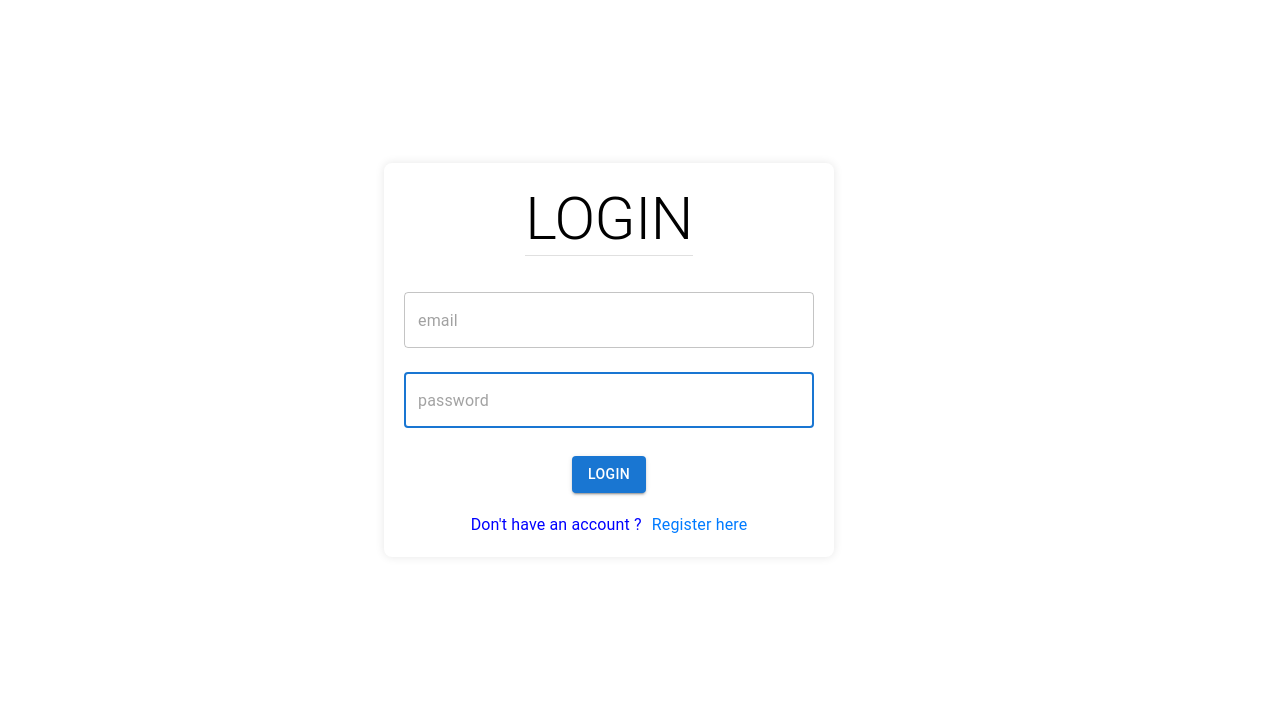
Repository: Adrien-legeleu/app-recette-mongoDB
Page: / (app in frontend/)
These files come from the project's save history. The page is drawn as it stood at one moment and after the next save; the edit follows.
The browser window is 1280 px wide. The pictures show the whole page.
The page's requests for data from a server got no answer. The project was rebuilt for these pictures with package versions that can differ from the ones it lists, and the page was loaded fresh each time. No one was signed in, and anything a server would have sent is missing. Also part of the build but not shown: frontend/vite.config.ts, frontend/src/components/Recette/ModalRecipe.tsx, frontend/src/components/Auth/RegisterForm.tsx.

Above is the page before, as saved 2024-04-21 13:00:29.

### frontend/src/App.tsx
import { BrowserRouter } from "react-router-dom"
import { UserContextProvider } from "./contexts/userContext"
import { AppRoutes } from "./routes/AppRoutes"



function App(){
    return(
        <BrowserRouter>
        <UserContextProvider>
            <AppRoutes/>
        </UserContextProvider>
        </BrowserRouter>
    )
}

export default App

### frontend/src/index.css
:root {
  font-family: Inter, system-ui, Avenir, Helvetica, Arial, sans-serif;
  line-height: 1.5;
  font-weight: 400;
  font-synthesis: none;
  text-rendering: optimizeLegibility;
  -webkit-font-smoothing: antialiased;
  -moz-osx-font-smoothing: grayscale;
}

a {
  text-decoration: inherit;
}

*{
  margin: 0;
  padding: 0;
}
@tailwind base;
@tailwind components;
@tailwind utilities;

### frontend/src/contexts/userContext.tsx
import {
  createContext,
  useContext,
  useState,
  ReactNode,
  useEffect,
  useCallback,
} from "react";
import { api } from "../config/api";
import { toast } from "react-toastify";

export interface ISignInFormValues {
  email: string;
  password: string;
}

export const UserContext = createContext({
  isAuthenticated: false,
  onLogin: async (values: ISignInFormValues) => {},
  onRegister: async (values: ISignInFormValues) => {},
  onLogout: () => {},
});

export const UserContextProvider = ({ children }: { children: ReactNode }) => {
    const [user , setUser ] = useState(null)
  const [isAuthenticated, setIsAuthenticated] = useState(false);

  const onLogout = useCallback(()=>{
    localStorage.removeItem("authtoken");
    setUser(null)
    setIsAuthenticated(false);
    toast.success("You are now logged out !")
  },[])

  const onLogin = async (values: ISignInFormValues) => {
    try {
      const response = await api.post("/auth/login", values);
      localStorage.setItem("authtoken", response?.data?.authToken);
      setIsAuthenticated(true);
      console.log("login");

      toast.success("Your are Loggind in !");
    } catch (error: any) {
      toast.error(error?.response?.data?.error || "");
    }
  };
  const onRegister = async (values: ISignInFormValues) => {
    try {
      const response = await api.post("/auth/register", values);
      localStorage.setItem("authtoken", response?.data?.authToken);
      console.log("login");
      setIsAuthenticated(true);
      toast.success("Account created!");
    } catch (error: any) {
      toast.error(error?.response?.data?.error || "");
    }
  };

  const onUpdateUser= (updateUser : any)=>{
    if (!updateUser) {
        setUser(null)
        setIsAuthenticated(false)
        return
    }
    setUser(updateUser)
    setIsAuthenticated(true)
  }
  const checkToken = async () => {
    try {
      const response = await api.get("/auth/check-token");
      const user = response?.data;
      onUpdateUser(user)
    } catch (error: any) {
        onLogout()
      toast.error(error?.response?.data?.error || "");
    }
  };

  useEffect(() => {
    const authToken = localStorage.getItem("authtoken");
    checkToken();
    if (authToken) {
      setIsAuthenticated(true);
    }
  }, []);

  return (
    <UserContext.Provider
      value={{ isAuthenticated, onLogin, onRegister, onLogout }}
    >
      {children}
    </UserContext.Provider>
  );
};
export const useUserContext = () => {
  return useContext(UserContext);
};

### frontend/src/routes/AppRoutes.tsx
import {  Route, Routes } from "react-router-dom"
import { useUserContext } from "../contexts/userContext"
import { Home } from "../pages/Home"
import { AuthPage } from "../pages/Auth"

export const AppRoutes=()=>{
    const {isAuthenticated} = useUserContext()

    return isAuthenticated ? (
        <div>
            <Routes>
                <Route path="/" element={<Home/>}/>
            </Routes>
        </div>
    ) : (
        <Routes>
                <Route path="*" element={<AuthPage/>}/>
            </Routes>
    )
}

### frontend/src/config/api.ts
import axios from "axios";

const isDev = true;
const devUrl = "http://localhost:5000";

export const api = axios.create({
  baseURL: isDev ? devUrl : "prodUrl",
});

api.interceptors.request.use(
  (config) => {
    const authToken = localStorage.getItem("authtoken");
    if (authToken) {
      config.headers.Authorization = ` Bearer ${authToken}`;
    }
    return config;
  },
  (error) => {
    Promise.reject(error);
  }
);

### frontend/src/pages/Auth/index.tsx
export * from "./Auth"

### frontend/src/pages/Auth/Auth.tsx
import { Button, Divider, Stack, Typography, colors, styled } from "@mui/material";
import { LoginForm , RegisterForm } from "../../components/Auth";

import { useState } from "react";
import { ISignInFormValues, useUserContext } from "../../contexts/userContext";
import { toast } from "react-toastify";

export const AuthPage = () => {
  const [isLogin, setIsLogin] = useState(true);
  const { onLogin  } = useUserContext()
  const { onRegister } = useUserContext()

  const onChangeAuthType = () => {
    setIsLogin(!isLogin);
  };
  const onSubmit= async (event: React.FormEvent<HTMLFormElement> )=>{
    try {
        event.preventDefault()

        const data = new FormData(event.currentTarget)
        const values={
          email : data.get("email"),
          password : data.get("password"),
          username: data.get("username")
        }
        if (isLogin) {
          onLogin(values as ISignInFormValues)
        }else{
          onRegister(values as ISignInFormValues)
        }

    } catch (error:any) {
        console.log(error?.response?.data?.error || '');
            toast.error(error?.response?.data?.error || '')
    }
  }

  return (
    <AuthWrapper>
      <AuthForm onSubmit={onSubmit}>
        <Stack>
          <Typography variant="h2" textAlign="center">
            {isLogin ? "LOGIN" : "REGISTER"}
          </Typography>
          <Divider sx={{width: '100%'}}/>
        </Stack>
        {isLogin ? <LoginForm /> : <RegisterForm/>}
        <Button variant="contained" type="submit">{isLogin ? "Login" : "Register"}</Button>
        <FooterText variant="body1">
          {isLogin ? "Don't have an account ? " : "Have an account ? "}
          <ChangeAuthFormText variant="body1" onClick={onChangeAuthType}>
            {isLogin ? "Register here" : "Login here"}
          </ChangeAuthFormText>
        </FooterText>
      </AuthForm>
    </AuthWrapper>
  );
};

const AuthWrapper = styled(Stack)(({ theme }) => ({
  padding: "0 30%",
  justifyContent: "center",
  minHeight: "100vh",
  [theme.breakpoints.down("md")]: {
    padding: "0 20%",
  },
  [theme.breakpoints.down("sm")]: {
    padding: "0 10%",
  },
}));
const AuthForm = styled("form")(() => ({
      padding: 20,
    display: 'flex',
    flexDirection: 'column',
    alignItems: 'center',
    rowGap: 20,
    boxSizing: 'border-box',
    maxWidth: 450,
    backgroundColor: '#fff',
    borderRadius: 8,
    boxShadow: '0 0 10px 0 rgba(0, 0, 0, 0.1)',
}));
const ChangeAuthFormText = styled(Typography)(() => ({
 color: '#007bff',
    cursor: 'pointer',
    transition: 'color 0.5s ease-in-out',
    '&:hover': {
        color: '#0069d9'
    }
}));
const FooterText = styled(Typography)(() => ({
  color: "blue",
  display: "flex",
  alignItems: "center",
  justifyContent: "center",
  columnGap: 10,
}));

### frontend/src/components/Auth/index.tsx
export * from './LoginForm'
export * from './RegisterForm'

### frontend/src/components/Auth/LoginForm.tsx
import { FormControl, TextField } from "@mui/material"


export const LoginForm = ()=>{
    return (
        <FormControl defaultValue="" required fullWidth>
            <TextField type="email" margin="normal" required fullWidth id=" email" aria-label="email" name="email" autoComplete="email" autoFocus placeholder="email"/>
            <TextField margin="normal" required fullWidth id=" password" aria-label="password" name="password"  type="password" autoComplete="password" autoFocus placeholder="password"/>
        </FormControl>
)}

### frontend/src/pages/Home/Home.tsx
import { useState } from "react"
import { Header } from "../../components/Header"
import { InterfaceRecipe, ModalRecipe } from "../../components/Recette"

export const Home=()=>{
    const [isModalOpen , setIsOpenModal] = useState(false)




    return(
        <div className="h-screen w-full">
            <Header/>
            <InterfaceRecipe setIsOpenModal={setIsOpenModal}/>
            {isModalOpen && <ModalRecipe setIsOpenModal={setIsOpenModal} />}
        </div>
    )
}

### frontend/src/components/Recette/index.tsx
export * from './InterfaceRecipe'
export * from './ModalRecipe'

### frontend/src/components/Header/Header.tsx
import LogoutIcon from '@mui/icons-material/Logout';
import { useUserContext } from '../../contexts/userContext';
export const Header=()=>{
    const {onLogout} = useUserContext()
    return(
        <div className="w-full h-16 bg-blue-800 flex items-center justify-between pr-4 pl-4">
            <h1 className='text-4xl text-white text-center'>APP RECETTE</h1>
            <div onClick={onLogout}>
                <LogoutIcon sx={{ color:"white"}}/>
            </div>
        </div>
    )
}

### frontend/src/components/Recette/InterfaceRecipe.tsx
import { useEffect, useState } from "react";
import { api } from "../../config/api";

export const InterfaceRecipe = ({ setIsOpenModal }: any) => {
    const openModal = () => setIsOpenModal(true);

    const [allRecipes, setAllRecipes] = useState([]);

    useEffect(() => {
        const fetchRecipes = async () => {
            try {
                const response = await api.get("/recipes");
                setAllRecipes(response.data);
            } catch (error) {
                console.error("Error fetching recipes:", error);
            }
        };

        fetchRecipes();
    }, []);

    return (
        <div className="h-full w-full mt-12">
            <div className="flex items-center justify-between pr-8 pl-8">
                <h2 className="text-2xl">All your recipes: </h2>
                <button className="bg-blue-900 text-white p-3 rounded-full" onClick={openModal}>Create new</button>
            </div>
            <div>
                {allRecipes.map((recipe: any) => (
                    <div key={recipe.id}>
                        <h4>{recipe.title}</h4>
                        <p>{recipe.description}</p>
                    </div>
                ))}
            </div>
        </div>
    );
};

Loaded but not shown: frontend/index.html (common file); frontend/src/main.tsx (common file); frontend/src/pages/Home/index.tsx (common file); frontend/tailwind.config.js (common file); frontend/src/components/Header/index.tsx (common file)

After the next save:
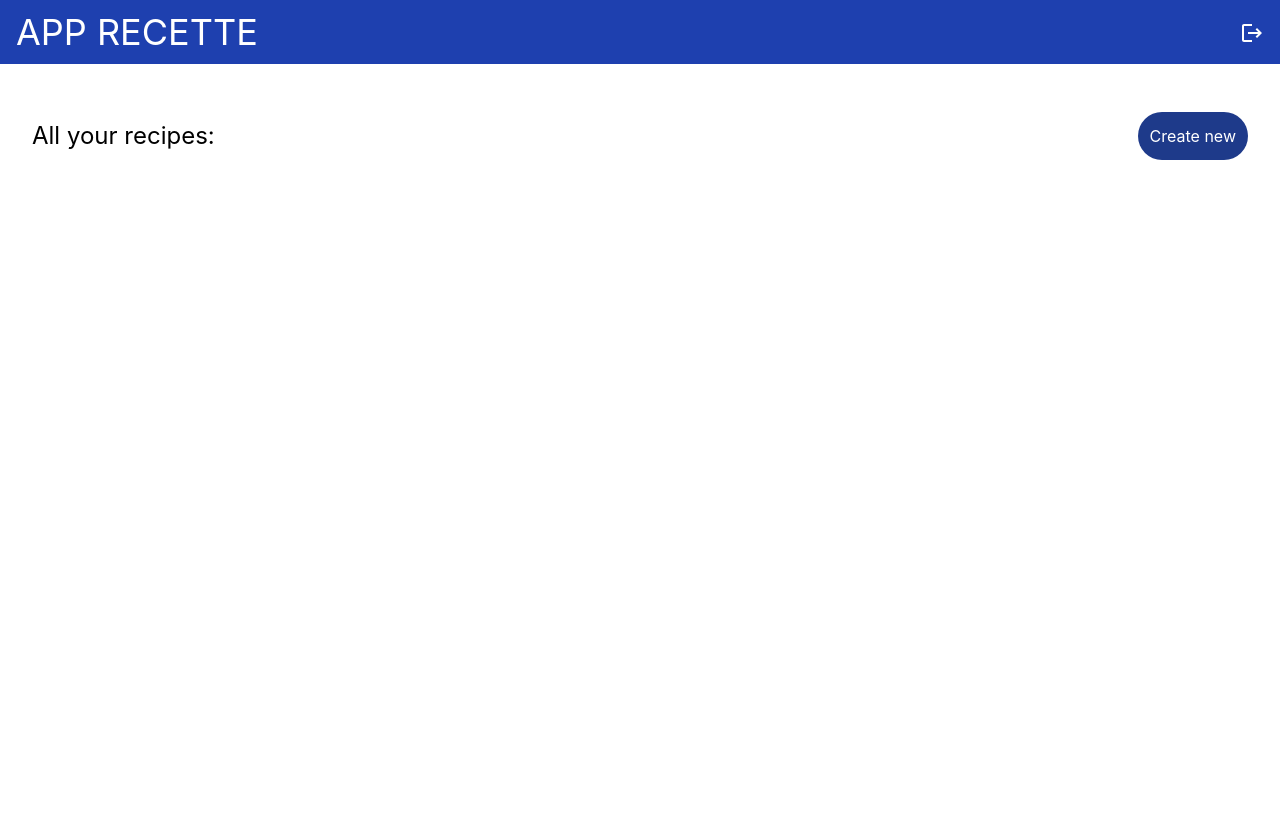
Saved 37 s later.
--- a/frontend/src/contexts/userContext.tsx
+++ b/frontend/src/contexts/userContext.tsx
@@ -78,9 +78,11 @@ export const UserContextProvider = ({ children }: { children: ReactNode }) => {
 
   useEffect(() => {
     const authToken = localStorage.getItem("authtoken");
-    checkToken();
-    if (authToken) {
+    if (!authToken) {
       setIsAuthenticated(true);
+    }else{
+        checkToken();
+        setIsAuthenticated(true)
     }
   }, []);
 
